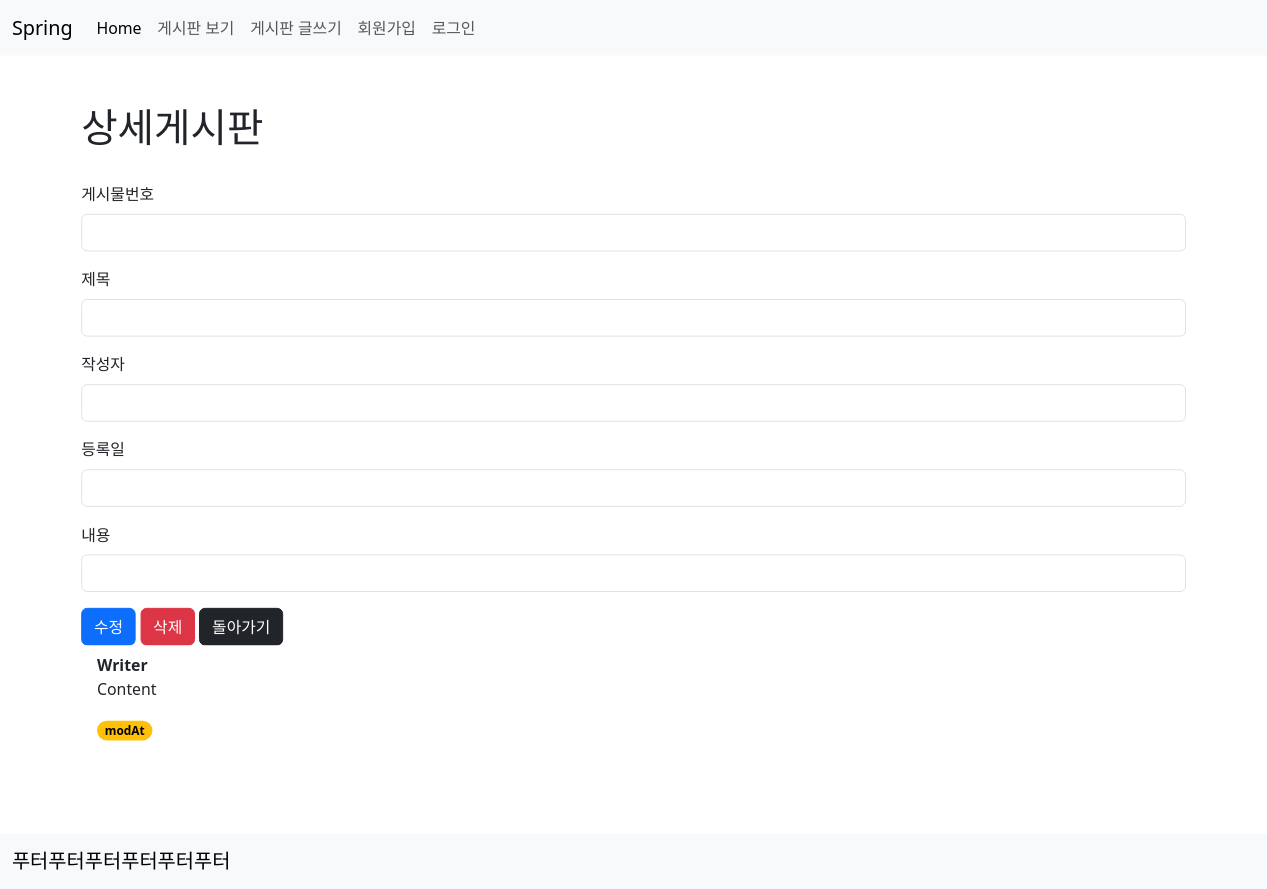
Repository: Jensuchan/spring_solo_project
Page: http://localhost/spring_test/WEB-INF/views/board/detail.jsp
The author's editor kept a copy of each file at every save. The page is drawn from the files as they stood at one save, then again after a run of saves.
The browser window is 1280 px wide. The pictures show the whole page, at 99% of full size.
The page is served by Tomcat 9. Nobody is signed in. Other server files are loaded and not shown. The template is opened directly, without the code that normally fills it, so the values that code supplies are empty.

Above is the page before, as saved 2024-01-17 02:52:15.

### spring_test/src/main/webapp/WEB-INF/views/board/detail.jsp
<%@ page language="java" contentType="text/html; charset=UTF-8"
	pageEncoding="UTF-8"%>
<%@ taglib uri="http://java.sun.com/jsp/jstl/core" prefix="c"%>
<jsp:include page="../layout/header.jsp"></jsp:include>




<div class="container">
	<h1>상세게시판</h1><br>
	<div class="mb-3">
		<label for="bno" class="form-label">게시물번호</label>
		<input type="text" name="bno" class="form-control" id="bno" value="${bvo.bno }" readonly="readonly">
	</div>
	<div class="mb-3">
		<label for="title" class="form-label">제목</label>
		<input type="text" name="title" class="form-control" id="title" value="${bvo.title }" readonly="readonly">
	</div>
	<div class="mb-3">
		<label for="writer" class="form-label">작성자</label>
		<input type="text" name="writer" class="form-control" id="writer" value="${bvo.writer }" readonly="readonly">
	</div>
	<div class="mb-3">
		<label for="regAt" class="form-label">등록일</label>
		<input type="text" name="regAt" class="form-control" id="regAt" value="${bvo.regAt }" readonly="readonly">
	</div>
	<div class="mb-3">
		<label for="content" class="form-label">내용</label>
		<input type="text" name="content" class="form-control" id="content" value="${bvo.content }" readonly="readonly">
	</div>

	<a href="/board/modify?bno=${bvo.bno }"><button type="button" class="btn btn-primary">수정</button></a>
	<a id="delA"><button type="button" class="btn btn-danger del">삭제</button></a>
	<a href="/board/list"><button type="button" class="btn btn-dark">돌아가기</button></a>


	<ul class="list-group list-group-flush" id="cmtListArea">
	  <li class="list-group-item">
	  	<div class="mb-3">
	  		<div class="fw-bold">Writer</div>
	  		Content
	  	</div>
	  	<span class="badge rounded-pill text-bg-warning">modAt</span>
	  </li>
	</ul>
		<!-- 댓글 더보기 버튼 -->
	<div>
		<button type="button" id="moreBtn" data-page="1" class="btn btn-outline-dark" style="visibility:hidden">More+</button>
	</div>

</div>

<script type="text/javascript">
	const bno = `<c:out value="${bvo.bno}" />`;
	document.addEventListener('click', (e) =>{
		if(e.target.classList.contains('del')){
			if(confirm('삭제하시겠습니까?')){
				document.getElementById('delA').setAttribute('href', '/board/remove?bno='+bno);
			}
		}
	});
</script>



<jsp:include page="../layout/footer.jsp"></jsp:include>

### spring_test/src/main/webapp/WEB-INF/views/layout/header.jsp
<%@ taglib uri="http://java.sun.com/jsp/jstl/core" prefix="c"%>
<%@ page language="java" contentType="text/html; charset=UTF-8"
	pageEncoding="UTF-8"%>
<%@ taglib uri="http://www.springframework.org/security/tags"
	prefix="sec"%>
<!DOCTYPE html>
<html>
<head>
<meta charset="UTF-8">
<title>Insert title here</title>
<link
	href="https://cdn.jsdelivr.net/npm/bootstrap@5.3.1/dist/css/bootstrap.min.css"
	rel="stylesheet"
	integrity="sha384-4bw+/aepP/YC94hEpVNVgiZdgIC5+VKNBQNGCHeKRQN+PtmoHDEXuppvnDJzQIu9"
	crossorigin="anonymous">
<script
	src="https://cdn.jsdelivr.net/npm/bootstrap@5.3.1/dist/js/bootstrap.bundle.min.js"
	integrity="sha384-HwwvtgBNo3bZJJLYd8oVXjrBZt8cqVSpeBNS5n7C8IVInixGAoxmnlMuBnhbgrkm"
	crossorigin="anonymous"></script>
</head>
<style>
	.container-fluid{
		display: flex;
		justify-content: space-evenly;
		align-items: center;
	}
</style>

<body>

	<nav class="navbar navbar-expand-lg bg-body-tertiary">
		<div class="container-fluid">
			<a class="navbar-brand" href="/">Spring</a>
			<button class="navbar-toggler" type="button"
				data-bs-toggle="collapse" data-bs-target="#navbarSupportedContent"
				aria-controls="navbarSupportedContent" aria-expanded="false"
				aria-label="Toggle navigation">
				<span class="navbar-toggler-icon"></span>
			</button>
			<div class="collapse navbar-collapse" id="navbarSupportedContent">
				<ul class="navbar-nav me-auto mb-2 mb-lg-0">
					<li class="nav-item"><a class="nav-link active"
						aria-current="page" href="/">Home</a></li>
					<li class="nav-item"><a class="nav-link" href="/board/list">게시판 보기</a></li>

					<!-- 현재 인증한 사용자의 정보를 가져와서 해당 권한이 있는지 확인 -->
					<!-- 현재 사용자의 정보는 principal  -->
					<!-- anyMatch() : stream 매칭 메서드(최소한 1개의 요소가 주어진 조건에 맞는지 조사) -->

					<li class="nav-item"><a class="nav-link" href="/board/register">게시판 글쓰기</a>
					</li>
					<li class="nav-item"><a class="nav-link"
						href="/member/register">회원가입</a></li>
					<li class="nav-item"><a class="nav-link" href="#">로그인</a>
					</li>
				</ul>
			</div>
		</div>
	</nav>

	<br><br>

### spring_test/src/main/webapp/WEB-INF/views/layout/footer.jsp
<%@ page language="java" contentType="text/html; charset=UTF-8"
    pageEncoding="UTF-8"%>
<br><br>
<nav class="navbar navbar-expand-lg bg-body-tertiary">
		<div class="container-fluid">
			<a class="navbar-brand" href="/">푸터푸터푸터푸터푸터푸터</a>

			<div class="collapse navbar-collapse" id="navbarSupportedContent">
			</div>
		</div>
	</nav>
</body>
</html>

After the next 2 saves:
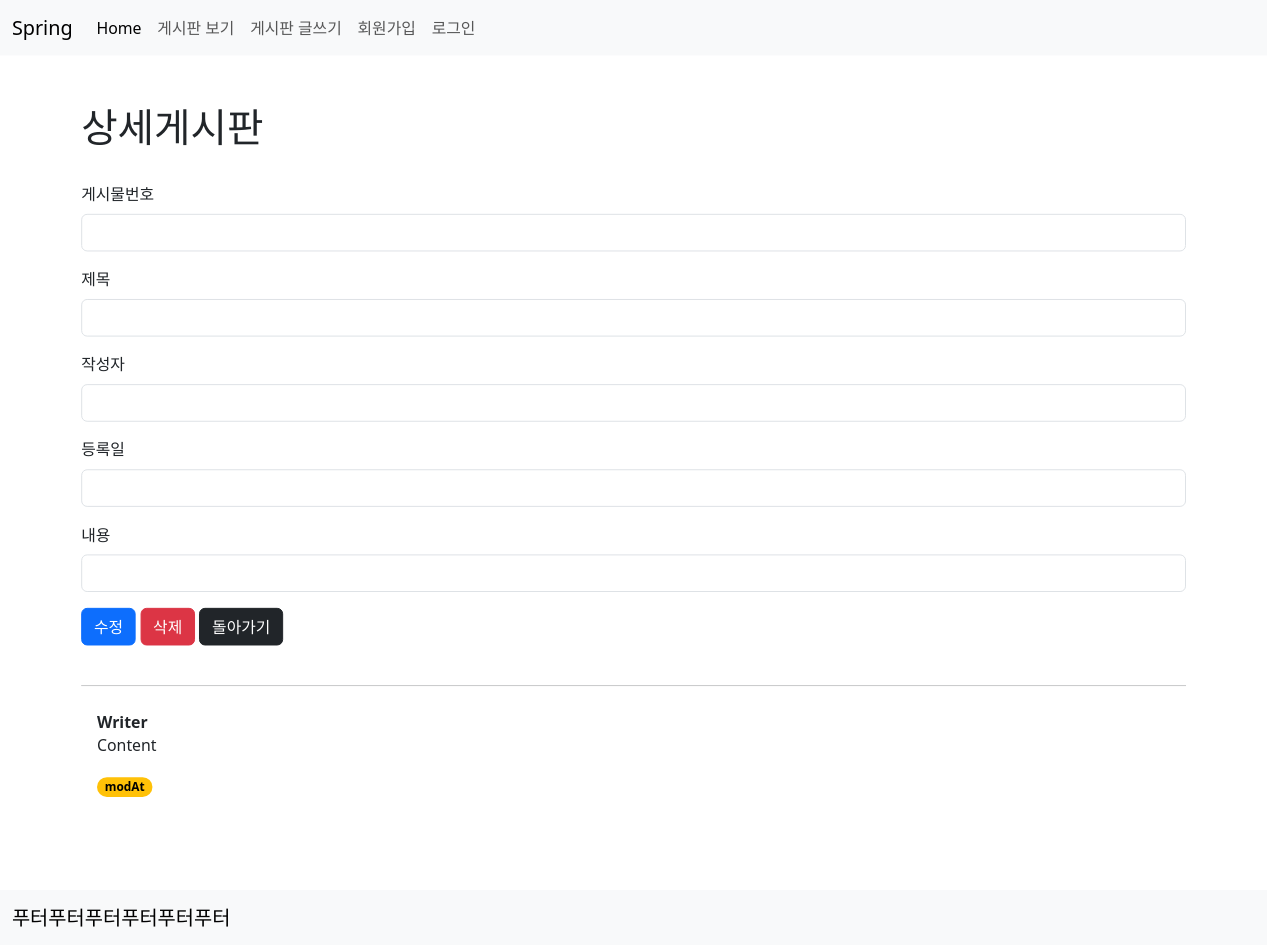
The 2 saves are shown as one change because they came seconds apart.
The last was saved 2 min 28 s later.
--- a/spring_test/src/main/webapp/WEB-INF/views/board/detail.jsp
+++ b/spring_test/src/main/webapp/WEB-INF/views/board/detail.jsp
@@ -32,6 +32,9 @@
 	<a href="/board/modify?bno=${bvo.bno }"><button type="button" class="btn btn-primary">수정</button></a>
 	<a id="delA"><button type="button" class="btn btn-danger del">삭제</button></a>
 	<a href="/board/list"><button type="button" class="btn btn-dark">돌아가기</button></a>
+	<br><br>
+
+	<hr>
 
 
 	<ul class="list-group list-group-flush" id="cmtListArea">
